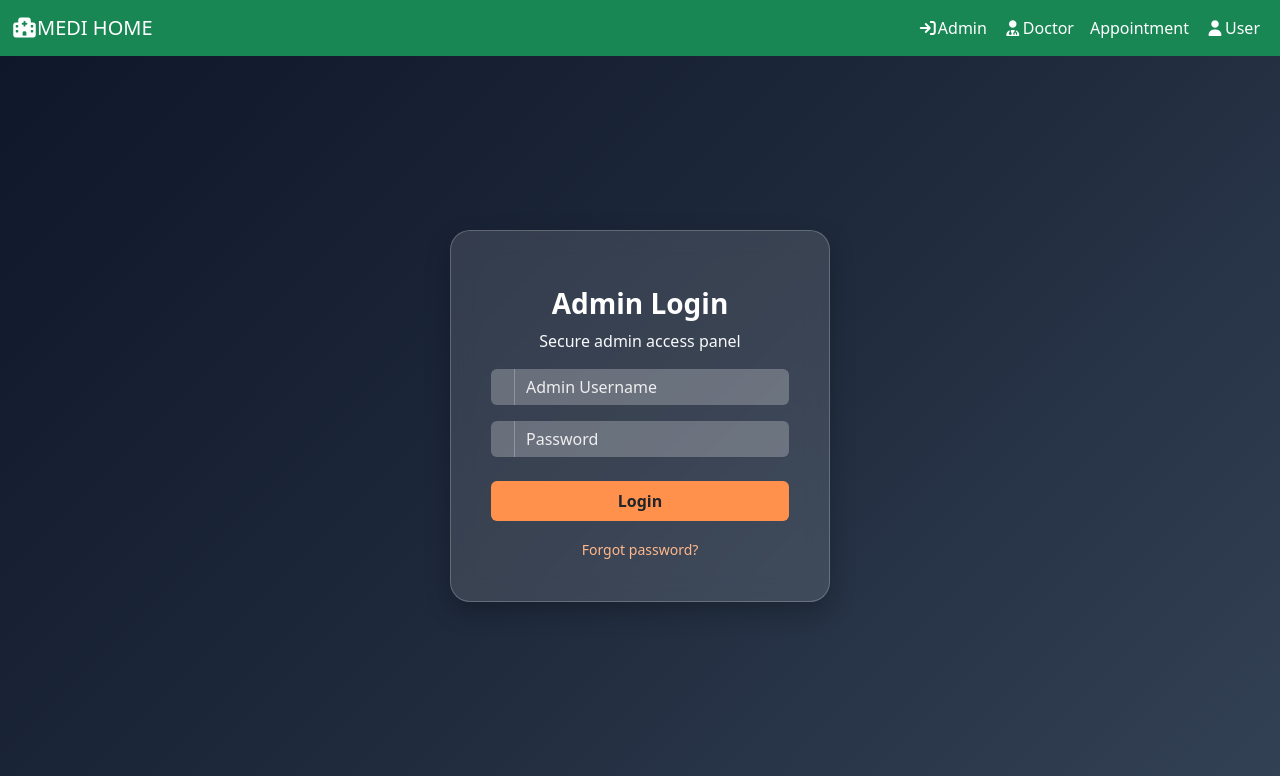
Repository: Anikett-777/app-auth
Page: http://localhost/Hospital_management_System_02/admin_login.jsp
These files come from the project's save history. The page is drawn as it stood at one moment and after the next save; the edit follows.
The browser window is 1280 px wide. The pictures show the whole page.
Some icons come from a web library that is not loaded, so they are not drawn. Some web libraries are served in a nearby version. The page is served by Tomcat 9. Other server files are loaded and not shown.

Above is the page before, as saved 2025-12-03 12:16:02.

### Hospital_management_System_02/src/main/webapp/admin_login.jsp
<%@ page language="java" contentType="text/html; charset=UTF-8"
	pageEncoding="UTF-8"%>
<!DOCTYPE html>
<html>
<head>
<meta charset="UTF-8">
<title>Admin login</title>
<%@ include file="components/allcss.jsp"%>
</head>
<style>

/* FULL PAGE CENTER WRAPPER */
.login-wrapper {
	height: 100vh;
	display: flex;
	justify-content: center;
	align-items: center;
	background:linear-gradient(135deg, #0f172a, #1e293b, #334155);
}

/* GLASS CARD */
.login-card {
	background: rgba(255, 255, 255, 0.12);
	backdrop-filter: blur(12px);
	border-radius: 20px;
	padding: 40px;
	width: 100%;
	max-width: 380px;
	border: 1px solid rgba(255, 255, 255, 0.22);
	box-shadow: 0 10px 25px rgba(0, 0, 0, 0.25);
}

.login-card h3 {
	font-weight: 700;
	color: #fff;
}

.form-control {
	background: rgba(255, 255, 255, 0.25);
	border: none;
	color: #fff;
}

.form-control::placeholder {
	color: #eee;
}

.input-group-text {
	background: rgba(255, 255, 255, 0.25);
	border: none;
	color: #fff;
}

.login-btn {
	background-color: #ff914d; /* Admin Theme Color */
	border: none;
	font-weight: 600;
}

.login-btn:hover {
	background-color: #ff7a26;
}

a {
	color: #ffb88c;
	text-decoration: none;
}

a:hover {
	color: #ff9f68;
}
</style>
<body>
	<%@include file="components/navbar.jsp"%>

	<div class="login-wrapper">

		<div class="login-card text-center text-white">

			<!-- ADMIN ICON -->
			<div class="mb-3">
				<i class="bi bi-shield-lock-fill fs-1" style="color: #ffb86c;"></i>
			</div>

			<h3>Admin Login</h3>
			<p class="text-light">Secure admin access panel</p>

			<form>

				<!-- Username -->
				<div class="input-group mb-3">
					<span class="input-group-text"><i class="bi bi-person-fill"></i></span>
					<input type="text" class="form-control"
						placeholder="Admin Username">
				</div>

				<!-- Password -->
				<div class="input-group mb-4">
					<span class="input-group-text"><i class="bi bi-lock-fill"></i></span>
					<input type="password" class="form-control" placeholder="Password">
				</div>

				<button type="submit" class="btn login-btn w-100 py-2 mb-3">Login</button>

				<small><a href="#">Forgot password?</a></small>

			</form>

		</div>

	</div>
</body>
</html>

### Hospital_management_System_02/src/main/webapp/components/allcss.jsp
<link
	href="https://cdn.jsdelivr.net/npm/bootstrap@5.3.8/dist/css/bootstrap.min.css"
	rel="stylesheet"
	integrity="sha384-sRIl4kxILFvY47J16cr9ZwB07vP4J8+LH7qKQnuqkuIAvNWLzeN8tE5YBujZqJLB"
	crossorigin="anonymous">

<link rel="stylesheet"
	href="https://cdnjs.cloudflare.com/ajax/libs/font-awesome/7.0.1/css/all.min.css"
	integrity="sha512-2SwdPD6INVrV/lHTZbO2nodKhrnDdJK9/kg2XD1r9uGqPo1cUbujc+IYdlYdEErWNu69gVcYgdxlmVmzTWnetw=="
	crossorigin="anonymous" referrerpolicy="no-referrer" />

	<script
		src="https://cdn.jsdelivr.net/npm/bootstrap@5.3.8/dist/js/bootstrap.bundle.min.js"
		integrity="sha384-FKyoEForCGlyvwx9Hj09JcYn3nv7wiPVlz7YYwJrWVcXK/BmnVDxM+D2scQbITxI"
		crossorigin="anonymous"></script>

### Hospital_management_System_02/src/main/webapp/components/navbar.jsp
<nav class="navbar navbar-expand-lg navbar-dark bg-success">
	<div class="container-fluid">
		<a class="navbar-brand" href="index.jsp"><i class="fa-solid fa-hospital"></i>MEDI HOME</a>
		<button class="navbar-toggler" type="button" data-bs-toggle="collapse"
			data-bs-target="#navbarSupportedContent"
			aria-controls="navbarSupportedContent" aria-expanded="false"
			aria-label="Toggle navigation">
			<span class="navbar-toggler-icon"></span>
		</button>
		<div class="collapse navbar-collapse" id="navbarSupportedContent">
			<ul class="navbar-nav ms-auto mb-2 mb-lg-0">
				<li class="nav-item"><a class="nav-link active"
					aria-current="page" href="admin_login.jsp"><i class="fa-solid fa-arrow-right-to-bracket"></i>Admin</a></li>
				<li class="nav-item"><a class="nav-link active"
					aria-current="page" href="doctor_login.jsp"><i class="fa-solid fa-user-doctor"></i>Doctor</a></li>
				<li class="nav-item"><a class="nav-link active"
					aria-current="page" href="#">Appointment</a></li>
					<li class="nav-item"><a class="nav-link active"
					aria-current="page" href="user_login.jsp"><i class="fa-solid fa-user"></i>User</a></li>

				<!--    <li class="nav-item dropdown">
          <a class="nav-link dropdown-toggle" href="#" role="button" data-bs-toggle="dropdown" aria-expanded="false">
            Dropdown
          </a>
          <ul class="dropdown-menu">
            <li><a class="dropdown-item" href="#">Action</a></li>
            <li><a class="dropdown-item" href="#">Another action</a></li>
            <li><hr class="dropdown-divider"></li>
            <li><a class="dropdown-item" href="#">Something else here</a></li>
          </ul>
        </li> -->


			</ul>
		</div>
	</div>
</nav>

After the next save:
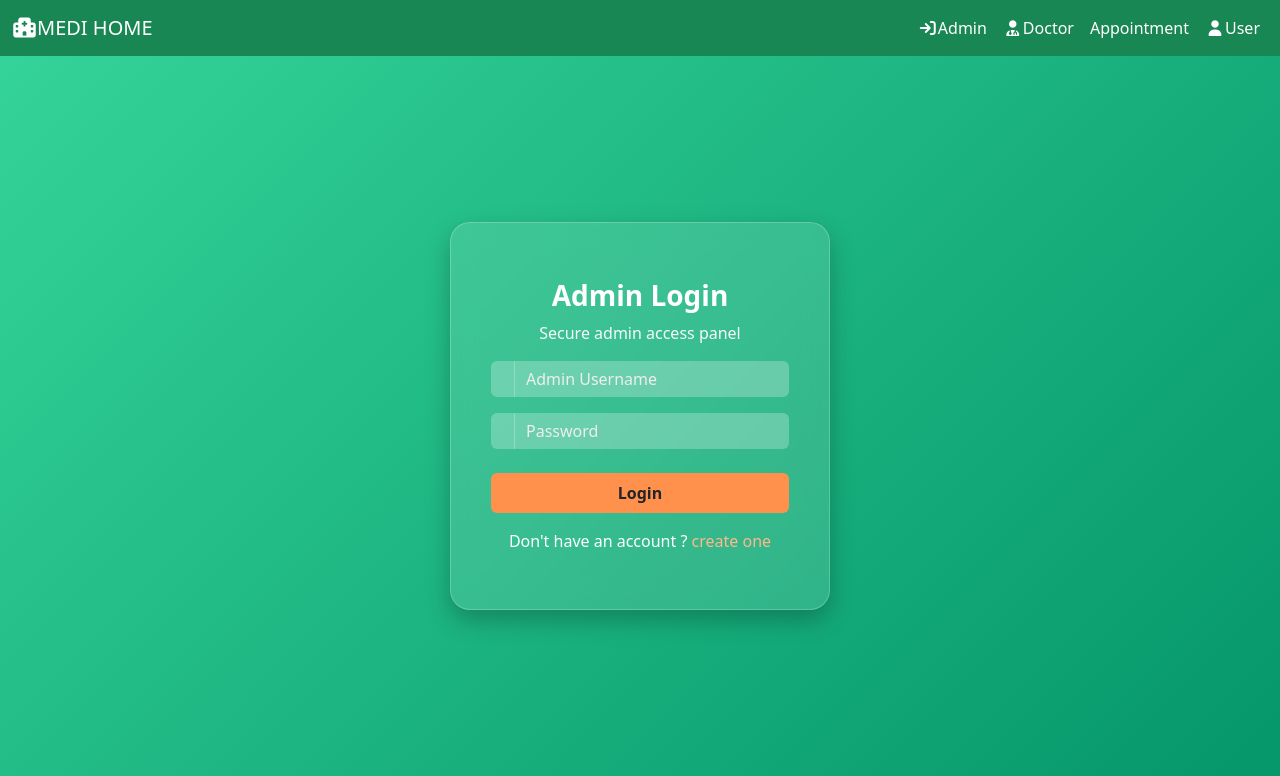
Saved 92 s later.
--- a/Hospital_management_System_02/src/main/webapp/admin_login.jsp
+++ b/Hospital_management_System_02/src/main/webapp/admin_login.jsp
@@ -15,7 +15,7 @@
 	display: flex;
 	justify-content: center;
 	align-items: center;
-	background:linear-gradient(135deg, #0f172a, #1e293b, #334155);
+	background:linear-gradient(135deg, #34d399, #059669);
 }
 
 /* GLASS CARD */
@@ -102,7 +102,7 @@ a:hover {
 
 				<button type="submit" class="btn login-btn w-100 py-2 mb-3">Login</button>
 
-				<small><a href="#">Forgot password?</a></small>
+				<p>Don't have an account ? <a href="signup.jsp">create one</a></p>
 
 			</form>
 
